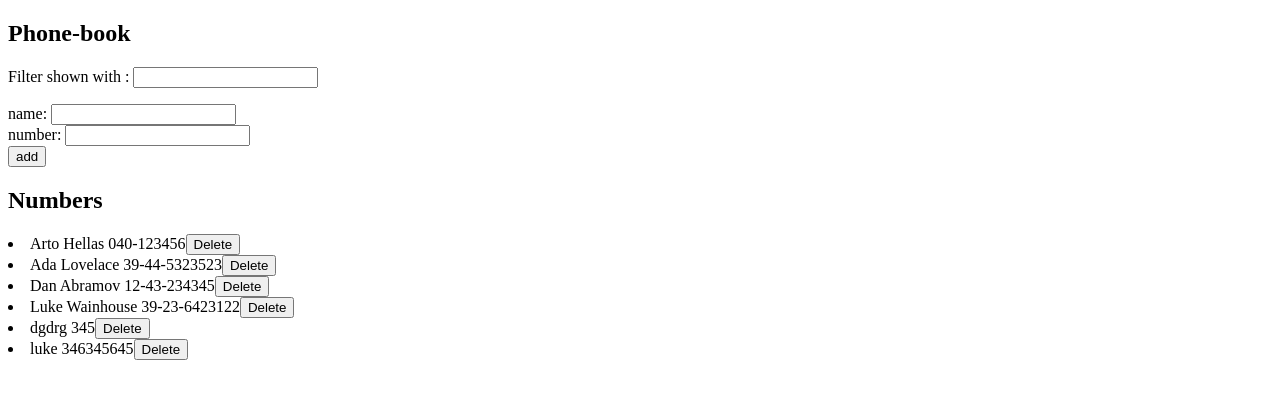
Repository: Wainhouse/Full_Stack_Open_2022
Page: / (app in part2/phonebook/)
An editor plug-in stored every save of this project. The page is shown before and after the next save, followed by the edit.
The browser window is 1280 px wide. The pictures show the whole page.
The project was rebuilt for these pictures with package versions that can differ from the ones it lists, and the page was loaded fresh each time. Requests to the local data server were answered from the project's data file.

Above is the page before, as saved 2022-12-06 11:39:04.

After the next save:
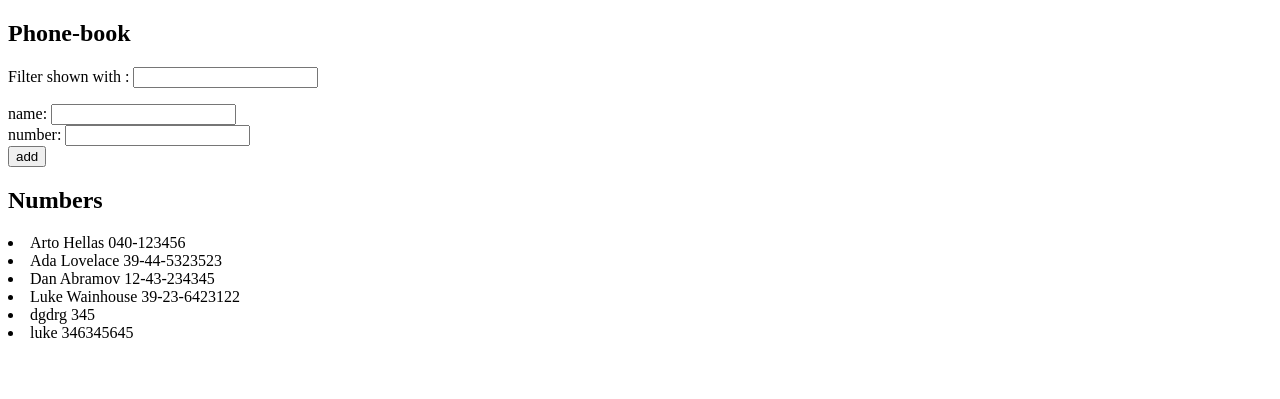
Saved 77 s later.
--- a/part2/phonebook/src/components/Persons.js
+++ b/part2/phonebook/src/components/Persons.js
@@ -1,11 +1,7 @@
-import deletePerson from '../App'
-
 const Person = ({ person }) => {
 
-
-
   return <li>{person.name} {person.number}
-  <button onClick={() => deletePerson(person.id, person.name)} type="submit">Delete</button></li>;
+  </li>;
 };
 
 export default Person;
